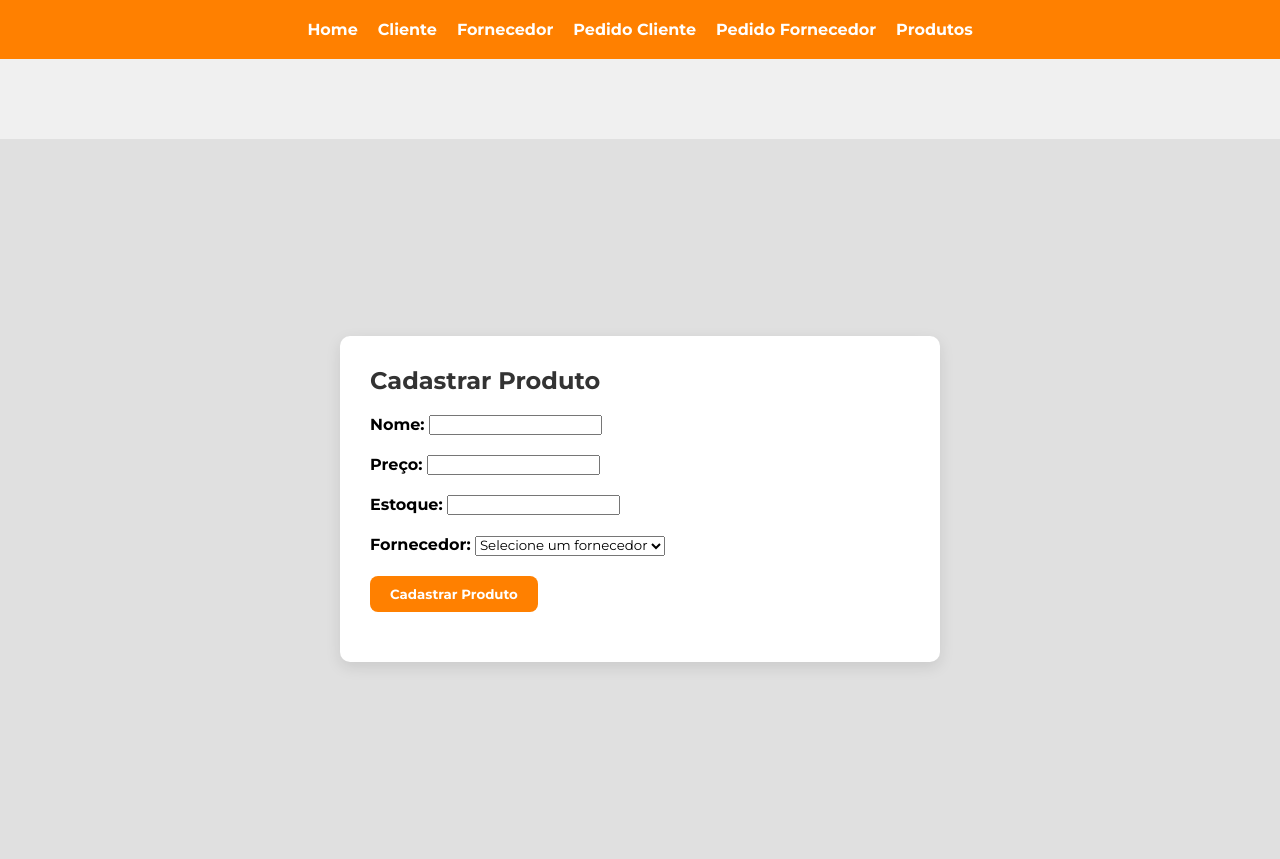
Repository: walterdmp/JavaWeb_BartoBotinas
Page: http://localhost/BartoBotinas/cadastrarProduto.jsp
These files come from the project's save history. The page is drawn as it stood at one moment and after the next save; the edit follows.
The browser window is 1280 px wide. The pictures show the whole page.
The page is served by Tomcat 9. Other server files are loaded and not shown. The template is opened directly, without the code that normally fills it, so the values that code supplies are empty.

Above is the page before, as saved 2024-07-30 22:41:48.

### BartoBotinas/WebContent/cadastrarProduto.jsp
<%@ page language="java" contentType="text/html; charset=UTF-8" pageEncoding="UTF-8"%>
<!DOCTYPE html>
<html>
<head>
<link rel="stylesheet" href="css/estilo.css">
<meta charset="UTF-8">
<title>Cadastrar Produto</title>
</head>
<body>
	<nav class="bartoNav">
		<ul>
			<li><a href="home.jsp">Home</a></li>
			<li><a href="cadastrarCliente.jsp">Cliente</a></li>
			<li><a href="cadastrarFornecedor.jsp">Fornecedor</a></li>
			<li><a href="cadastrarPedidoCliente.jsp">Pedido Cliente</a></li>
			<li><a href="cadastrarPedidoFornecedor.jsp">Pedido Fornecedor</a></li>
			<li><a href="cadastrarProdutos.jsp">Produtos</a></li>
		</ul>
	</nav>
	<main class="bartoMain">
		<div class="produtoForm">
			<h1>Cadastrar Produto</h1>
			<form action="ProdutoServlet" method="post">
				<div>
					<label for="nome"><strong>Nome:</strong></label>
					<input type="text" id="nome" name="nome" required>
				</div>
				<div>
					<label for="preco"><strong>Preço:</strong></label>
					<input type="number" step="0.01" id="preco" name="preco" required>
				</div>
				<div>
					<label for="estoque"><strong>Estoque:</strong></label>
					<input type="number" id="estoque" name="estoque" required>
				</div>
				<div>
					<label for="fornecedor"><strong>Fornecedor:</strong></label>
					<select id="fornecedor" name="idFornecedor" required>
						<option value="">Selecione um fornecedor</option>
						<c:forEach var="fornecedor" items="${fornecedores}">
							<option value="${fornecedor[0]}">${fornecedor[1]}</option>
						</c:forEach>
					</select>
				</div>
				<div>
					<input id="bartoButton" type="submit" value="Cadastrar Produto">
				</div>
			</form>
		</div>
	</main>
</body>
</html>

### BartoBotinas/WebContent/css/estilo.css
@charset "ISO-8859-1";

@import url('https://fonts.googleapis.com/css2?family=Montserrat:ital,wght@0,100;0,200;0,300;0,400;0,500;0,600;0,700;0,800;0,900;1,100;1,200;1,300;1,400;1,500;1,600;1,700;1,800&display=swap');

* {
	margin: 0;
	padding: 0;
	box-sizing: border-box;
	text-decoration: none;
	list-style: none;
	font-family: 'Montserrat', sans-serif;
}

body {
	background-color: #f0f0f0;
}

.bartoNav {
	width: 100%;
	background-color: #ff8000;
}

.bartoNav ul {
	display: flex;
	flex-direction: row;
	gap: 20px;
	justify-content: center;
	padding: 20px;
	color: white;
	font-weight: bold;
}

.bartoNav a {
	color: white;
	transition: color 0.3s ease;
}

.bartoNav a:hover {
	color: #ffe0b3;
}

.bartoMain {
	display: flex;
	justify-content: center;
	align-items: center;
	background-color: #e0e0e0;
	width: 100%;
	height: 100vh;
	padding: 20px;
	margin-top: 80px;
}

.bartoForm {
	display: flex;
	flex-direction: column;
	padding: 45px;
	width: 100%;
	max-width: 600px;
	background-color: white;
	border-radius: 15px;
	box-shadow: 0 5px 15px rgba(0, 0, 0, 0.1);
}

.bartoForm input {
	border-radius: 8px;
	border: 1px solid gray;
	width: 100%;
	padding: 10px;
	background-color: #f0f0f0;
	transition: background-color 0.3s ease, border-color 0.3s ease;
}

.bartoForm input:focus {
	background-color: #fff;
	border-color: #ff8000;
	outline: none;
}

.bartoForm div {
	display: flex;
	flex-direction: column;
	width: 100%;
	margin-bottom: 20px;
}

.bartoForm label {
	margin-bottom: 5px;
	font-weight: 600;
}

#bartoButton {
	background-color: #ff8000;
	border: none;
	color: white;
	font-weight: bold;
	padding: 10px 20px;
	border-radius: 8px;
	cursor: pointer;
	transition: background-color 0.3s ease;
}

#bartoButton:hover {
	background-color: #cc6600;
}

/* Estilizações para a página da empresa */
.empresaInfo {
	background-color: white;
	padding: 30px;
	border-radius: 10px;
	box-shadow: 0 5px 15px rgba(0, 0, 0, 0.1);
	width: 100%;
	max-width: 600px;
}

.empresaInfo h1 {
	margin-bottom: 20px;
	font-size: 24px;
	color: #333;
}

.empresaInfo p {
	margin-bottom: 10px;
	font-size: 18px;
	color: #666;
}

.empresaInfo p strong {
	color: #333;
}

/* Estilizações para o cadastro de itens do pedido do cliente */
.itensPedidoForm {
	background-color: white;
	padding: 30px;
	border-radius: 10px;
	box-shadow: 0 5px 15px rgba(0, 0, 0, 0.1);
	width: 100%;
	max-width: 600px;
}

.itensPedidoForm h1 {
	margin-bottom: 20px;
	font-size: 24px;
	color: #333;
}

.itensPedidoForm div {
	margin-bottom: 20px;
}

/* Estilizações para o cadastro de itens do pedido do fornecedor */
.fornecedorForm {
	background-color: white;
	padding: 30px;
	border-radius: 10px;
	box-shadow: 0 5px 15px rgba(0, 0, 0, 0.1);
	width: 100%;
	max-width: 600px;
}

.fornecedorForm h1 {
	margin-bottom: 20px;
	font-size: 24px;
	color: #333;
}

.fornecedorForm div {
	margin-bottom: 20px;
}

/* Estilizações para o cadastro de produtos */
.produtoForm {
	background-color: white;
	padding: 30px;
	border-radius: 10px;
	box-shadow: 0 5px 15px rgba(0, 0, 0, 0.1);
	width: 100%;
	max-width: 600px;
}

.produtoForm h1 {
	margin-bottom: 20px;
	font-size: 24px;
	color: #333;
}

.produtoForm div {
	margin-bottom: 20px;
}

@media (max-width: 600px) {
	.bartoNav ul {
		flex-direction: column;
		gap: 10px;
	}

	.bartoForm, .itensPedidoForm, .fornecedorForm, .produtoForm {
		padding: 30px;
		width: 100%;
	}

	.bartoForm input, .itensPedidoForm input, .fornecedorForm input, .produtoForm input {
		width: 100%;
	}

	.endereco {
		flex-direction: column;
	}

	.endereco > div {
		width: 100%;
	}
}

After the next save:
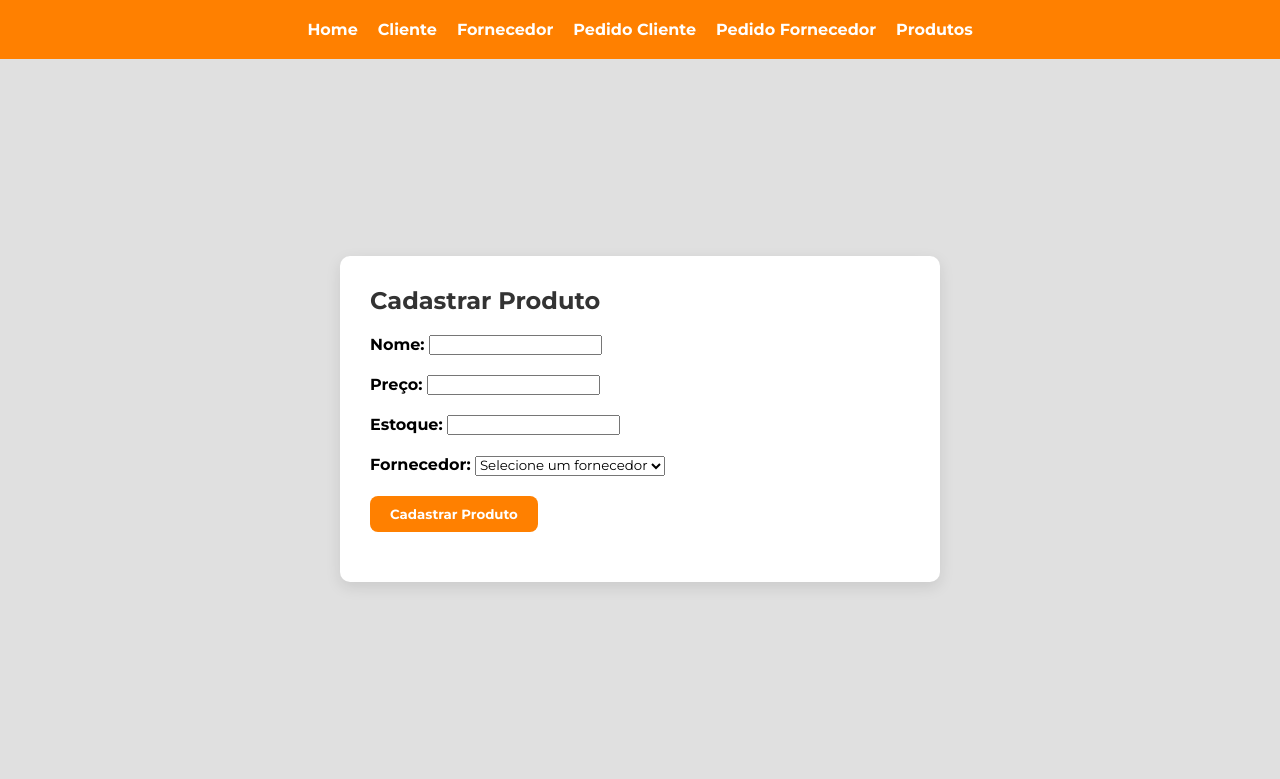
Saved 17 s later.
--- a/BartoBotinas/WebContent/css/estilo.css
+++ b/BartoBotinas/WebContent/css/estilo.css
@@ -47,7 +47,6 @@ body {
 	width: 100%;
 	height: 100vh;
 	padding: 20px;
-	margin-top: 80px;
 }
 
 .bartoForm {
